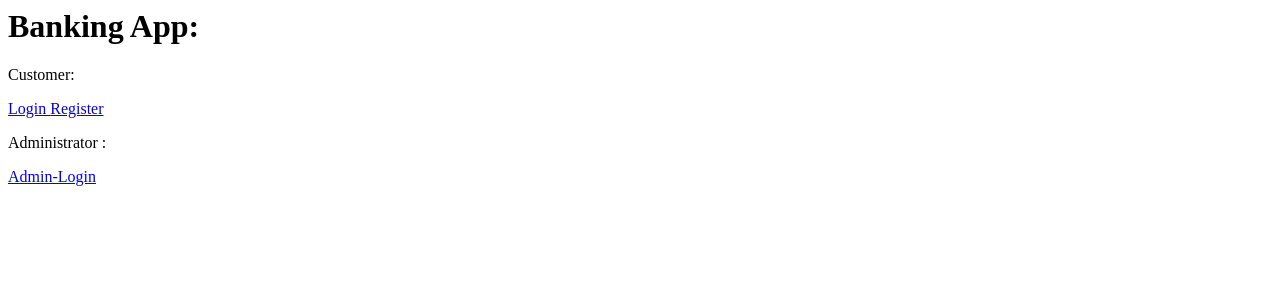
Repository: SimranTaj-832/JAVASpringboot
Page: http://localhost/BankSpWbaw6/
An editor plug-in stored every save of this project. The page is shown before and after the next save, followed by the edit.
The browser window is 1280 px wide. The pictures show the whole page.
The page is served by Tomcat 9. Other server files are loaded and not shown.

Above is the page before, as saved 2022-01-27 09:51:43.

### BankSpWbaw6/src/main/webapp/index.jsp
<html>
<body>
<h1>Banking App:</h1>
<p>Customer:</p>

<a href="/loginform">Login </a>
<a href="regform">Register </a>
<br/>
<p>Administrator :</p>
<a href="Admnform">Admin-Login </a>
</body>
</html>

After the next save:
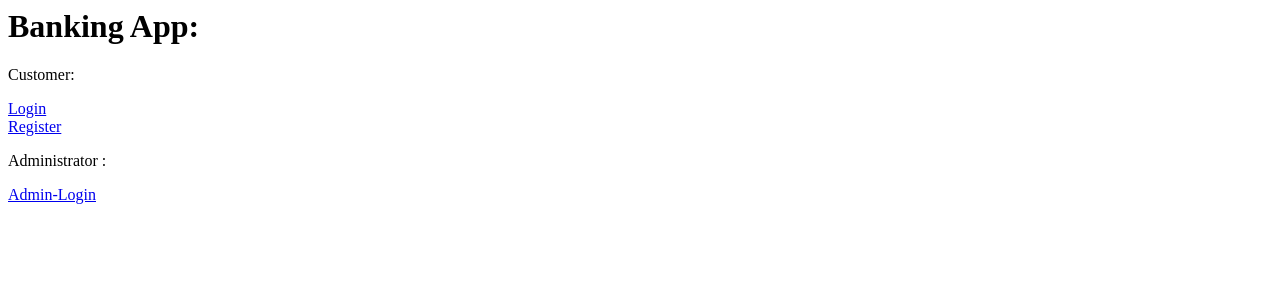
Saved 10 s later.
--- a/BankSpWbaw6/src/main/webapp/index.jsp
+++ b/BankSpWbaw6/src/main/webapp/index.jsp
@@ -3,7 +3,7 @@
 <h1>Banking App:</h1>
 <p>Customer:</p>
 
-<a href="/loginform">Login </a>
+<a href="/loginform">Login </a><br/>
 <a href="regform">Register </a>
 <br/>
 <p>Administrator :</p>
